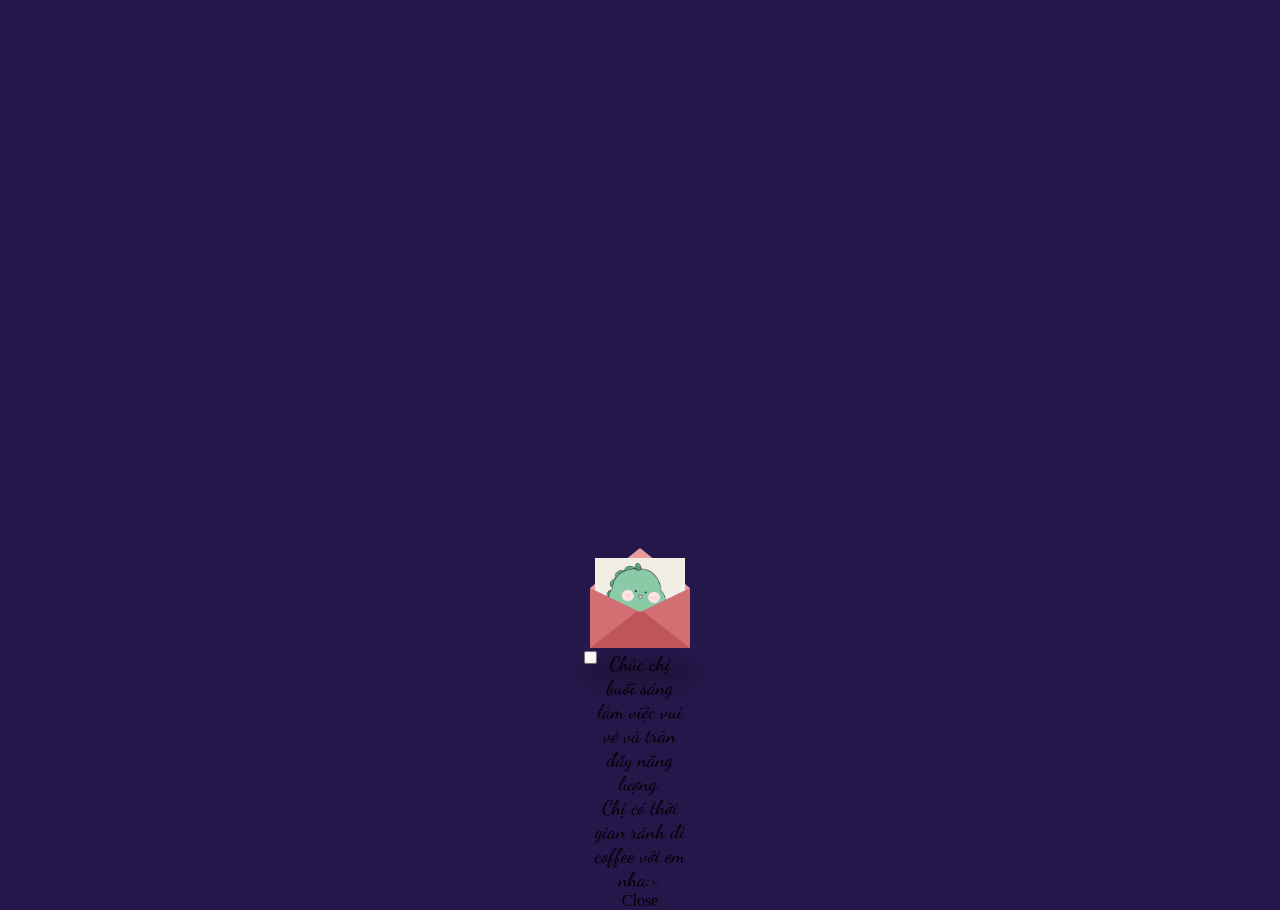
Repository: Dangtrinh28/letter
Page: index.html
An editor plug-in stored every save of this project. The page is shown before and after a run of saves, followed by the edit.
The browser window is 1280 px wide. The pictures show the whole page.

Above is the page before, as saved 2022-12-15 23:58:43.

### index.html
<!DOCTYPE html>
<html lang="en">
<head>
    <meta charset="UTF-8">
    <meta http-equiv="X-UA-Compatible" content="IE=edge">
    <meta name="viewport" content="width=device-width, initial-scale=1.0">
    <title>Good Morning</title>
    <link rel="stylesheet" href="./main.css">
</head>
<body>
    <div class="message">
        <div class="box">
            <input type="checkbox" name="" id="message">
            <div class="content">
                <img src="./khunglong.png"  class="img" alt="">
                <div class="desc">Chúc chị buổi sáng làm việc vui vẻ và tràn đầy năng lượng. <br> Chị có thời gian rảnh đi coffee với em nha:>.
                </div>
                <label for="message">Close</label>
            </div>
            <label for="message" class="design-Box"></label>
        </div>
    </div>
</body>
</html>

### main.css
@import url('https://fonts.googleapis.com/css2?family=Dancing+Script:wght@400;500&family=Roboto:wght@300;400;500;700&display=swap');
body {
    overflow: hidden;
    background-color: #251749;
}

.box {
    position: absolute;
    top: 90%;
    left: 50%;
    transform: translate(-50%,-50%);
    width: 100px;
}

.box::before {
    position: absolute;
    content: "";
    background-color: #e69c9f;
    width: 100px;
    height: 100px;
    bottom: 0;
    left: 0;
    clip-path: polygon(0 40%, 50% 0, 100% 40%, 100% 100%, 0 100%);
}

.box::after {
    position: absolute;
    width: 100px;
    background-color: #000;
    content: "";
    height: 10px;
    bottom: -30px;
    opacity: 0.4;
    filter: blur(10px);
}

.content {
    position: absolute;
    background: #f2eee4;
    width: 90%;
    left: 50%;
    bottom: 0;
    transform: translate(-50%, -10px);
    height: 80px;
    transition: 0.5s;
}

.design-Box {
    position: absolute;
    bottom: 0;
    left: 0;
    width: 100%;
    height: 60px;
    background-color: #d26f72;
    display: block;
    clip-path: polygon(50% 40%, 100% 0, 100% 100%, 0 100%, 0 0);
}

.design-Box::after {
    position: absolute;
    bottom: 0;
    left: 0;
    width: 100%;
    height: 65%;
    background-color: #bd5559;
    content: "";
    clip-path: polygon(0 100%, 50% 0%, 100% 100%);
}
.box:hover .content{
    cursor: pointer;
    transform: translate(-50%, -30px);
}

input {
    position: absolute;
    left: -10px;
}

input:checked ~ .content {
    bottom: 130px;
    width: 290px;
    height: 400px;
    margin: 0;
    left: 50%;
    transform: translate(-50%);
    display: block;
}

.img {
    width: 100%;
    text-align: center;
    object-fit: contain;
}

.desc {
    width: 100%;
    text-align: center;
    font-size: 20px;
    font-family: 'Dancing Script', cursive;
    font-weight: 400;
}

.content label {
    width: 100%;
    text-align: center;
    display: block;
}

After the next 4 saves:
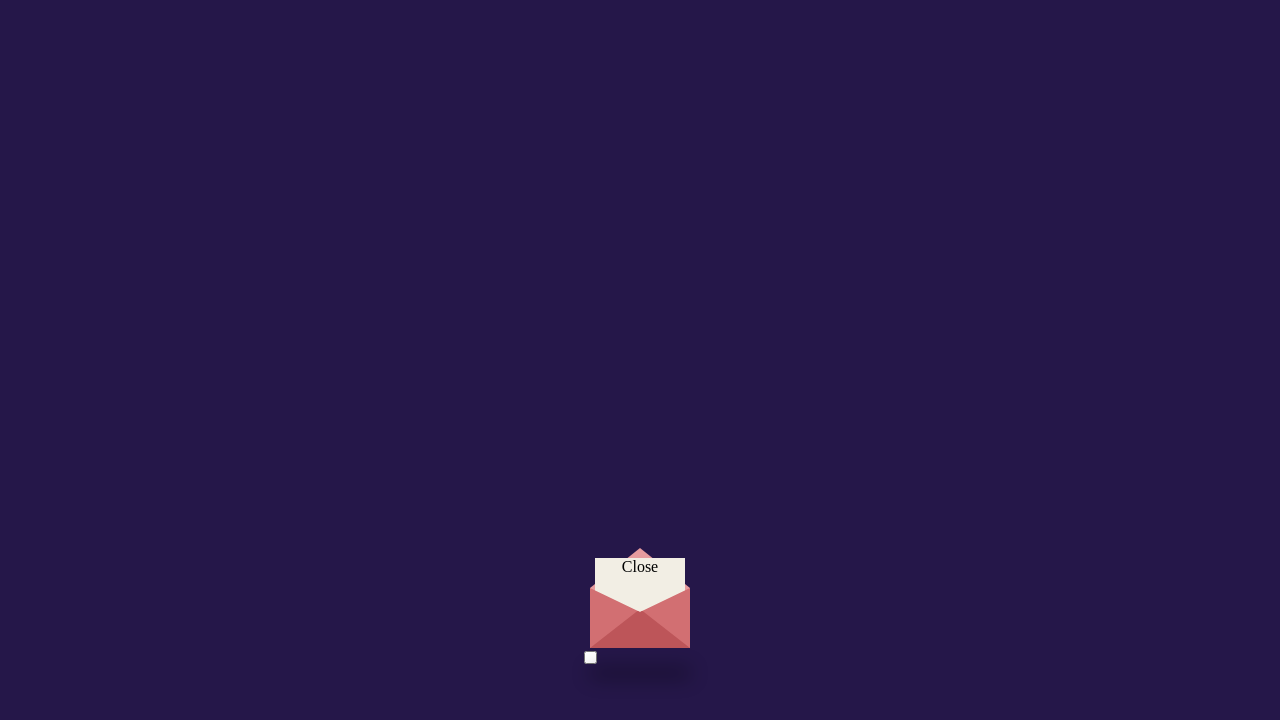
The 4 saves are shown as one change because they came seconds apart.
The last was saved 75 s later.
--- a/main.css
+++ b/main.css
@@ -87,12 +87,14 @@ input:checked ~ .content {
 }
 
 .img {
+    display: none;
     width: 100%;
     text-align: center;
     object-fit: contain;
 }
 
 .desc {
+    display: none;
     width: 100%;
     text-align: center;
     font-size: 20px;
@@ -101,6 +103,7 @@ input:checked ~ .content {
 }
 
 .content label {
+    display: none;
     width: 100%;
     text-align: center;
     display: block;
